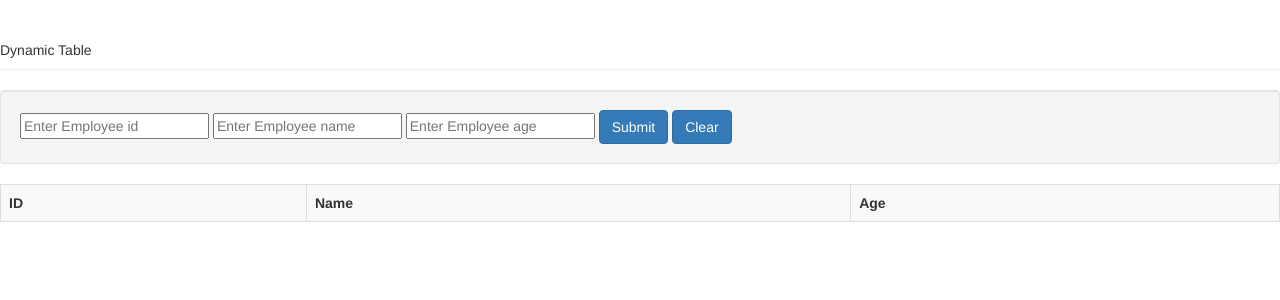
Repository: NathanDPoole/Personal
Page: Training/JavaScriptEx/src/main/webapp/html/dynamicTable.html
These files come from the project's save history. The page is drawn as it stood at one moment and after the next save; the edit follows.
The browser window is 1280 px wide. The pictures show the whole page.

Above is the page before, as saved 2017-12-29 17:27:18.

After the next save:
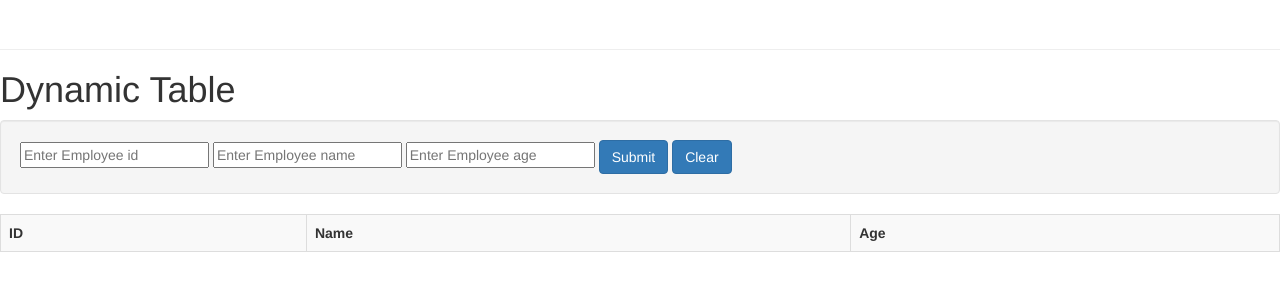
Saved 46 s later.
--- a/Training/JavaScriptEx/src/main/webapp/html/dynamicTable.html
+++ b/Training/JavaScriptEx/src/main/webapp/html/dynamicTable.html
@@ -13,7 +13,7 @@
 
 	<header>
 		<div>
-			<p class="page-header">Dynamic Table</p>
+			<p class="page-header"><h1>Dynamic Table</h1></p>
 			<div id="formDiv" class="well">
 				<form>
 					<input id="eid" type="text" placeholder="Enter Employee id" />
